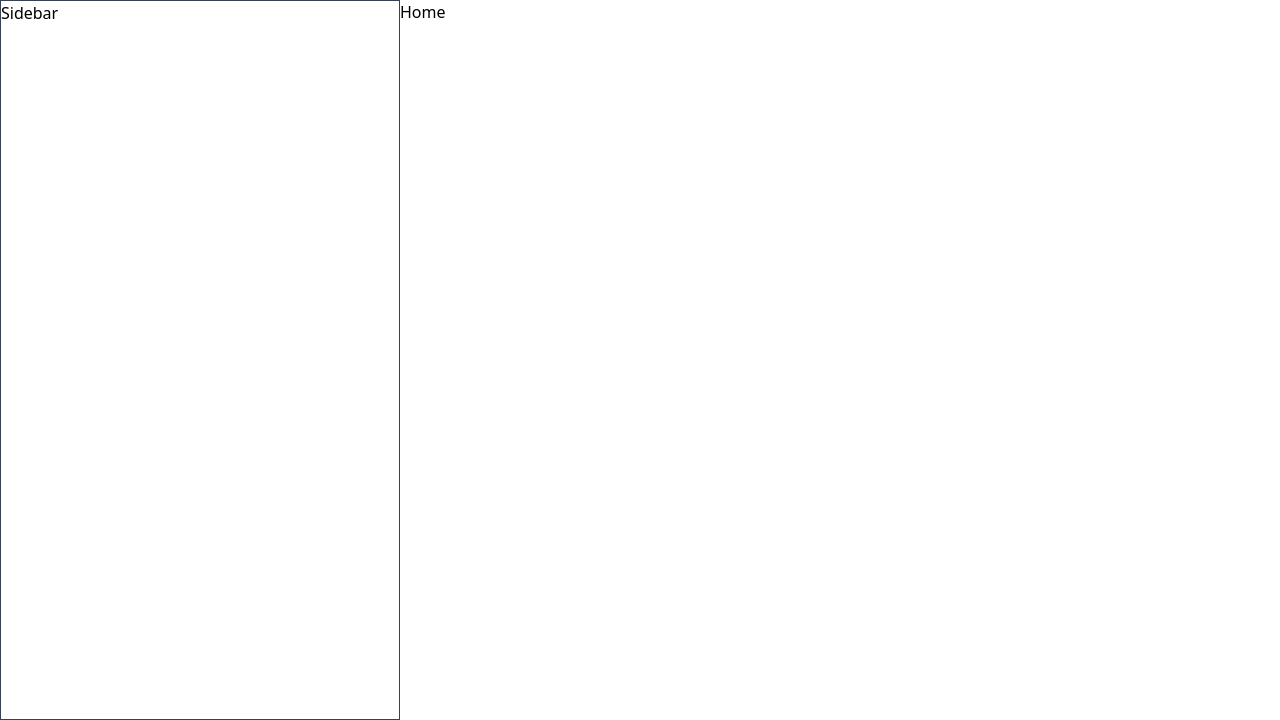
Repository: Qu4ntumGuy/telegram-clone
Page: /
An editor plug-in stored every save of this project. The page is shown before and after the next save, followed by the edit.
The browser window is 1280 px wide. The pictures show the whole page.
The project was rebuilt for these pictures with package versions that can differ from the ones it lists, and the page was loaded fresh each time. Also part of the build but not shown: src/Utils/ContextProvider.js.

Above is the page before, as saved 2024-07-15 10:53:54.

After the next save:
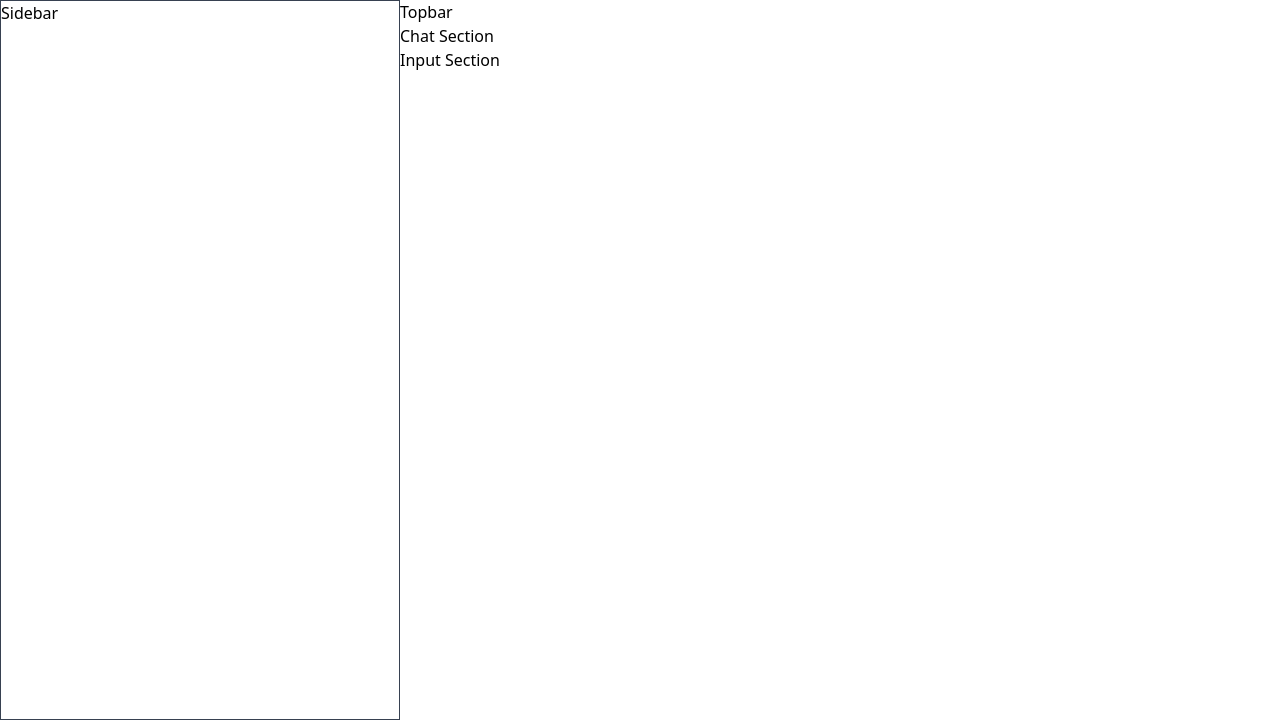
Saved 32 s later.
--- a/src/Pages/Home/Home.js
+++ b/src/Pages/Home/Home.js
@@ -1,7 +1,13 @@
 import React from "react";
 
 function Home() {
-  return <div className="flex flex-col">Home</div>;
+  return (
+    <div className="flex flex-col">
+      <div>Topbar</div>
+      <div>Chat Section</div>
+      <div>Input Section</div>
+    </div>
+  );
 }
 
 export default Home;
